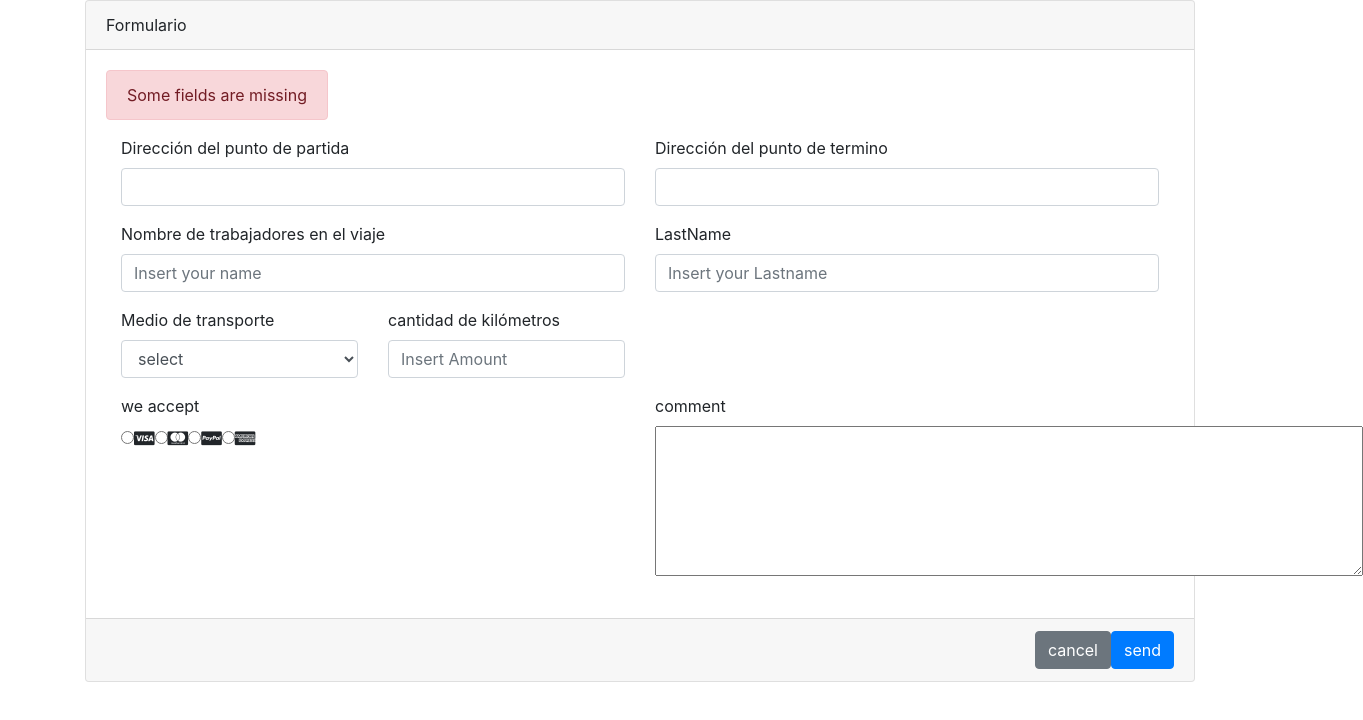
Repository: Jassan851031/foreachTask
Page: /
An editor plug-in stored every save of this project. The page is shown before and after the next save, followed by the edit.
The browser window is 1280 px wide. The page is 1363 px wide, then 1280 px, so the pictures cover 1363 px, including what lies to the right of the window. The pictures show the whole page.
The project was rebuilt for these pictures with package versions that can differ from the ones it lists, and the page was loaded fresh each time. Also part of the build but not shown: src/App.css.

Above is the page before, as saved 2020-03-23 13:37:31.

After the next save:
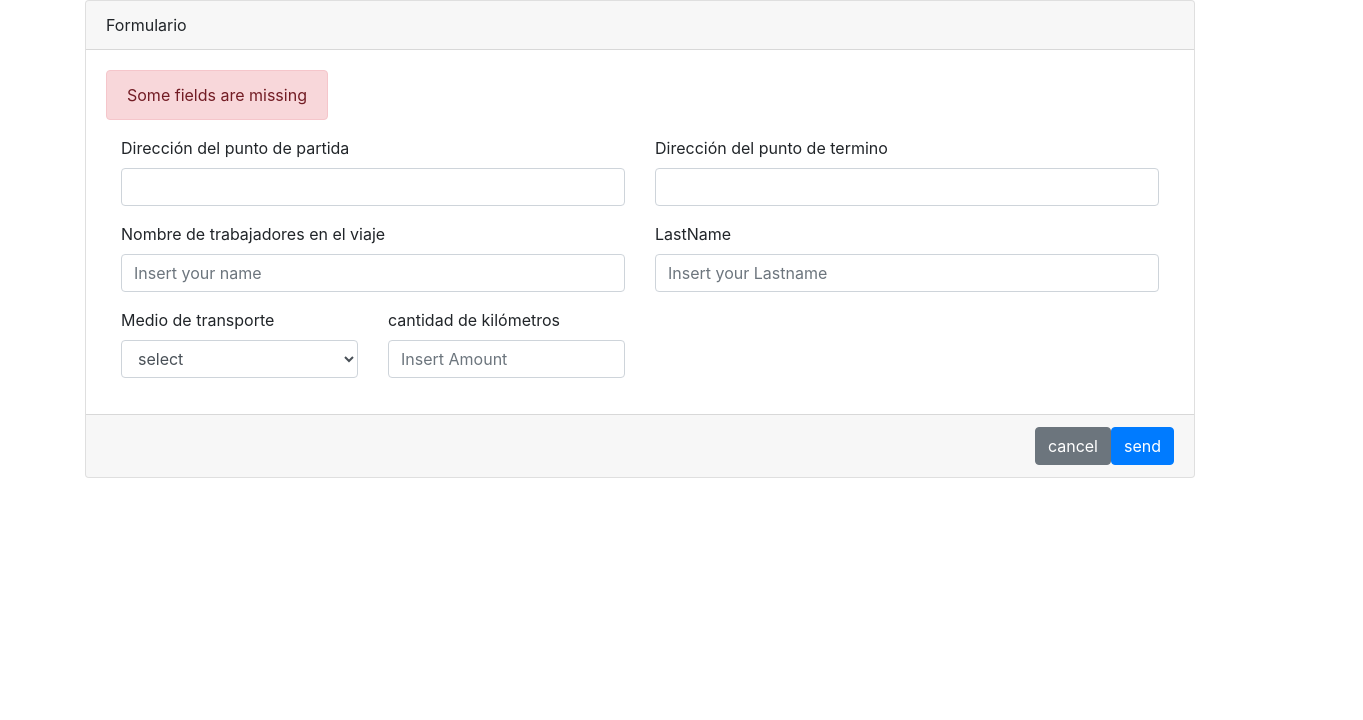
Saved 20 s later.
--- a/src/App.js
+++ b/src/App.js
@@ -68,30 +68,6 @@ function App() {
                       </div>
                     </div>
                   </div>
-                  <div className="row">
-                    <div className="col-md-6">
-                      <div className="form-group">
-                        <label className="form-label">we accept</label>
-                        <br />
-                        <div>
-                          <input type="radio" name="med_pago" value="visa" />
-                          <i className="fa fa-cc-visa"></i>
-                          <input type="radio" name="med_pago" value="mastercard" />
-                          <i className="fa fa-cc-mastercard"></i>
-                          <input type="radio" name="med_pago" value="paypal" />
-                          <i className="fa fa-cc-paypal"></i>
-                          <input type="radio" name="med_pago" value="amex" />
-                          <i className="fa fa-cc-amex"></i>
-                        </div>
-                      </div>
-                    </div>
-                    <div className="col-md-6">
-                      <div className="form-group">
-                        <label className="form-label">comment</label>
-                        <br /><textarea name="insert some comment" id="" cols="67" rows="6"></textarea>
-                      </div>
-                    </div>
-                  </div>
                 </div>
               </div>
               <div className="card-footer text-right">
